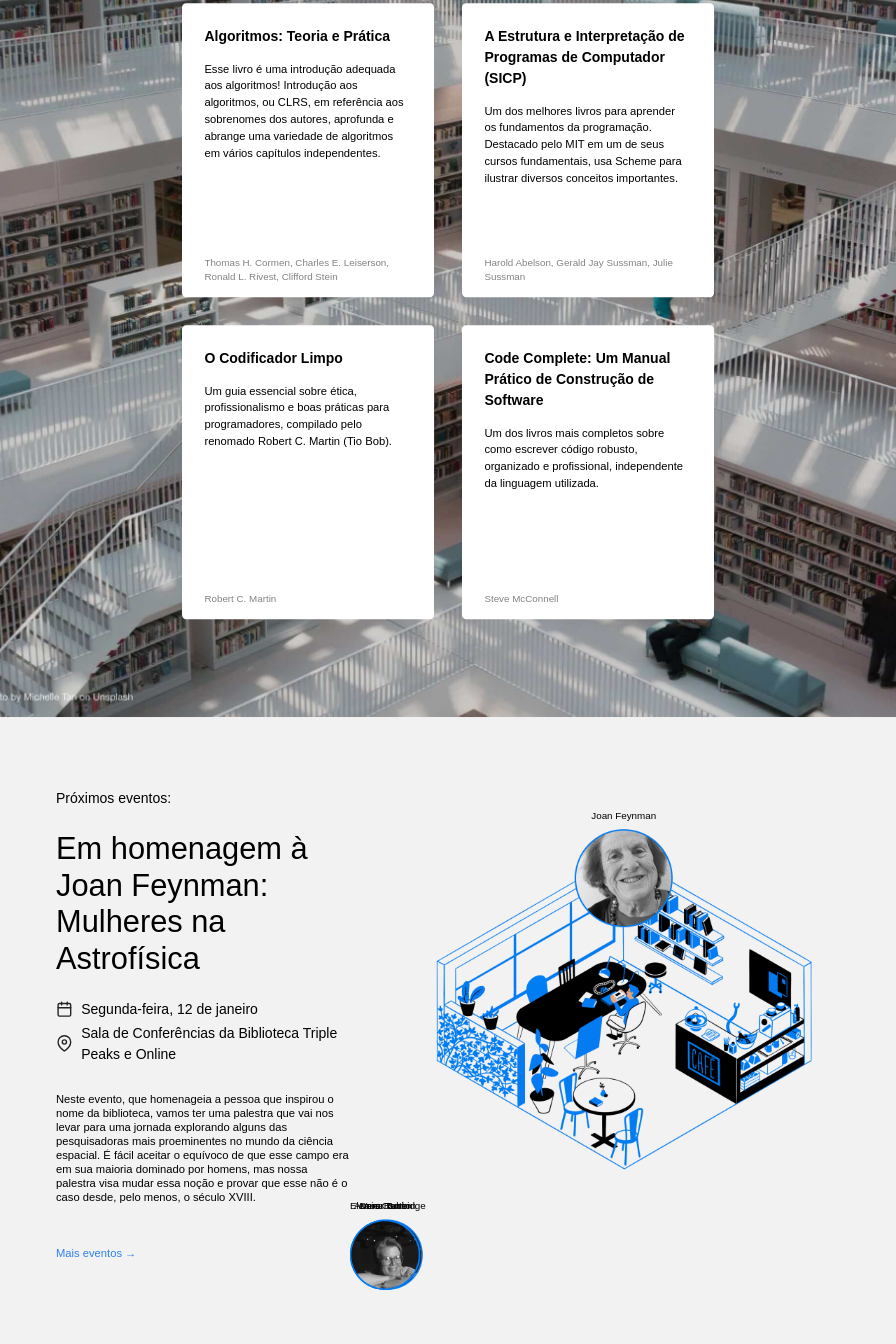
Repository: thainagomesc/web_project_library_pt
Page: index.html
The author's editor kept a copy of each file at every save. The page is drawn from the files as they stood at one save, then again after the next save.
The browser window is 1280 px wide. The pictures show the part of the page from y = 962 to 2882 px (the page is 2882 px tall), at 70% of full size.

Above is the page before, as saved 2025-12-28 21:01:28.

### index.html
<!DOCTYPE html>
<html lang="pt">
  <head>
    <meta charset="UTF-8" />
    <meta name="viewport" content="width=device-width, initial-scale=1.0" />
    <title>Biblioteca Triple Peaks</title>
    <link rel="shortcut icon" href="favicon.ico" />
    <link rel="stylesheet" href="./vendor/normalize.css" />
    <link rel="stylesheet" href="./styles/style.css" />
  </head>

  <body>
    <div class="page">
      <header class="header">
        <nav class="nav">
          <img
            src="./images/logo.svg"
            alt="Logotipo da Biblioteca Triple Peaks"
            class="nav__logo"
          />

          <ul class="nav__links">
            <li><a class="nav__link" href="#staff">Escolhas da Equipe</a></li>
            <li><a class="nav__link" href="#">Eventos</a></li>
            <li><a class="nav__link" href="#">Seja um membro</a></li>
            <li><a class="nav__link" href="#">Contatos</a></li>
          </ul>
        </nav>

        <div class="header__content">
          <div>
            <h1 class="header__title">Bem-vindo à Biblioteca Triple Peaks</h1>
            <p class="header__description">
              Temos o prazer de abrir as portas da nossa biblioteca a todos! Venha expandir
              seus conhecimentos de desenvolvimento, ou apenas use esse belo local para trabalhar
              ou estudar. Esse é um lugar legal para estudantes legais!
            </p>
          </div>
          <img
            src="./images/inside_the_library.png"
            alt="Ilustração 'Dentro da biblioteca'"
            class="header__image"
          />
        </div>

        <div class="header__footer">
          <p class="header__address">Triple Peaks, 200 Success Avenue</p>
        </div>
      </header>

      <main class="content">
        <section class="staff" id="staff">
          <h2 class="staff__title">Escolhas da Equipe</h2>
          <p class="staff__subtitle">Que nossos leitores adoram</p>

          <ul class="staff__cards">

            <li class="card">
              <div class="card__content">
                <h3 class="card__title">Algoritmos: Teoria e Prática</h3>
                <p class="card__text">
                  Esse livro é uma introdução adequada aos algoritmos! Introdução aos algoritmos,
                  ou CLRS, em referência aos sobrenomes dos autores, aprofunda e abrange uma
                  variedade de algoritmos em vários capítulos independentes.
                </p>
                <p class="card__footer">
                  Thomas H. Cormen, Charles E. Leiserson, Ronald L. Rivest, Clifford Stein
                </p>
              </div>
            </li>

            <li class="card">
              <div class="card__content">
                <h3 class="card__title">
                  A Estrutura e Interpretação de Programas de Computador (SICP)
                </h3>
                <p class="card__text">
                  Um dos melhores livros para aprender os fundamentos da programação. Destacado
                  pelo MIT em um de seus cursos fundamentais, usa Scheme para ilustrar diversos
                  conceitos importantes.
                </p>
                <p class="card__footer">
                  Harold Abelson, Gerald Jay Sussman, Julie Sussman
                </p>
              </div>
            </li>

            <li class="card">
              <div class="card__content">
                <h3 class="card__title">
                  O Codificador Limpo
                </h3>
                <p class="card__text">
                  Um guia essencial sobre ética, profissionalismo e boas práticas para programadores,
                  compilado pelo renomado Robert C. Martin (Tio Bob).
                </p>
                <p class="card__footer">Robert C. Martin</p>
              </div>
            </li>

            <li class="card">
              <div class="card__content">
                <h3 class="card__title">
                  Code Complete: Um Manual Prático de Construção de Software
                </h3>
                <p class="card__text">
                  Um dos livros mais completos sobre como escrever código robusto, organizado e
                  profissional, independente da linguagem utilizada.
                </p>
                <p class="card__footer">Steve McConnell</p>
              </div>
            </li>
          </ul>
        </section>

        <section class="events">
        <div class="events__content">

          <h2 class="events__heading">Próximos eventos:</h2>
          <h3 class="events__title">
          Em homenagem à Joan Feynman: Mulheres na Astrofísica
          </h3>

          <div class="event-info events__info-section">
            <div class="event-info__item">

              <img
                src="./images/icon_calendar.svg"
                alt="Calendar icon"
                class="event-info__icon"
              />

              <p class="event-info__text">Segunda-feira, 12 de janeiro</p>
            </div>

            <div class="event-info__item">

              <img
                src="./images/icon_pin.svg"
                alt="Pin icon"
                class="event-info__icon"
              />

              <p class="event-info__text">
                Sala de Conferências da Biblioteca Triple Peaks e Online
              </p>
            </div>
          </div>

          <p class="events__description">
            Neste evento, que homenageia a pessoa que inspirou o nome da biblioteca, vamos ter uma
            palestra que vai nos levar para uma jornada explorando alguns das pesquisadoras mais
            proeminentes no mundo da ciência espacial. É
            fácil aceitar o equívoco de que esse campo era em sua maioria
            dominado por homens, mas nossa palestra visa mudar essa noção e
            provar que esse não é o caso desde, pelo menos,
            o século XVIII.
          </p>
          <a href="#" class="events__more">Mais eventos &rarr;</a>
        </div>

        <div class="events__cover">
          <img
            src="./images/cafe.png"
            alt="Ilustração 'Café na Biblioteca'"
            class="events__image"
          />

          <div class="person person_name_feynman">
            <p class="person__caption">Joan Feynman</p>

            <img
              src="./images/person_feynman.png"
              alt="Ilustração de Joan Feynman"
              class="person__image person__image_size_l"
            />
          </div>

          <div class="person person_name_burbidge">
            <p class="person__caption">Eleanor Burbidge</p>

            <img
              src="./images/person_burbidge.png"
              alt="Ilustração de Eleanor Burbidge"
              class="person__image person__image_size_m"
            />
          </div>

          <div class="person person_name_cannon">
            <p class="person__caption">Annie Cannon</p>

            <img
              src="./images/person_cannon.png"
              alt="Ilustração de Annie Cannon"
              class="person__image person__image_size_m"
            />
          </div>

          <div class="person person_name_mitchell">
            <p class="person__caption">Vera Rubin</p>

            <img
              src="./images/person_mitchell.png"
              alt="Ilustração de Vera Rubin"
              class="person__image person__image_size_m"
            />
          </div>

          <div class="person person_name_tarter">
            <p class="person__caption">Dana Tarter</p>

            <img
              src="./images/person_tarter.png"
              alt="Ilustração de Dana Tarter"
              class="person__image person__image_size_m"
            />
          </div>
        </section>
      </main>
    </div>
  </body>
</html>

### styles/style.css
.page {
  min-width: 1100px;
  max-width: 1600px;
  margin: 0 auto;
  font-family: Arial, sans-serif;
  font-size: 16px;
  line-height: 20px;
}

.header {
  display: flex;
  flex-direction: column;
  height: 100vh;
  min-height: 720px;
  max-height: 800px;
  padding: 30px 80px 40px;
  position: relative;
  box-sizing: border-box;
}

.nav {
  display: flex;
  justify-content: space-between;
}

.nav__logo {
  width: 80px;
  height: 58px;
}

.nav__links {
  list-style-type: none;
  padding: 0;
  margin: 8px 0 0;
  display: flex;
  column-gap: 20px;
}

.nav__link {
  color: #000000;
  text-decoration: none;
}

.header__content {
  display: flex;
  justify-content: space-between;
}

.header__title {
  max-width: 635px;
  margin: 128px 0 32px;
  font-size: 62px;
  line-height: 76px;
  font-weight: 500;
}

.header__description {
  max-width: 515px;
  margin: 0;
  font-size: 20px;
  line-height: 30px;
}

.header__image {
  max-width: 636px;
}

.header__footer {
  margin-top: auto;
  width: 100%;
  display: flex;
  align-items: center;
  justify-content: flex-end;
  box-sizing: border-box;
}

.header__link {
  color: #2f80ed;
  text-decoration: none;
}

.header__address {
  margin: 0;
  color: #838383;
}

/* STAFF SECTION */

.staff {
  background-image: url("../images/staff_picks_background.jpg");
  background-position: center;
  background-size: cover;
  padding: 100px 0 140px;
}

.staff__title {
  text-align: center;
  font-size: 44px;
  line-height: 52px;
  font-weight: 400;
  margin: 0 0 24px;
  color: #ffffff;
}

.staff__subtitle {
  text-align: center;
  font-size: 20px;
  line-height: 30px;
  font-weight: 400;
  margin: 0;
  color: #ffffff;
}

.staff__cards {
  max-width: 760px;
  margin: 40px auto 0;
  padding: 0;
  list-style-type: none;
  display: flex;
  flex-wrap: wrap;
  justify-content: center;
  gap: 40px;
}

.card {
  background-color: #fff;
  border-radius: 6px;
  padding: 32px 40px 20px 32px;
  box-sizing: border-box;
  height: 420px;
  width: 360px;
  list-style-type: none;
}

.card__content {
  width: 100%;
  height: 100%;
  display: flex;
  flex-direction: column;
}

.card__title {
  font-size: 20px;
  line-height: 30px;
  font-weight: 700;
  margin: 0;
}

.card__text {
  margin: 20px 0 0;
  font-size: 16px;
  line-height: 24px;
}

.card__footer {
  margin: 0;
  font-size: 14px;
  line-height: 20px;
  color: #838383;
  margin-top: auto;
}

.events {
  padding: 100px 0 120px 80px;
  display: flex;
  align-items: start;
  justify-content: space-between;
  box-sizing: border-box;
  background-color: #f2f2f2;
}

.events__content {
  flex-basis: 580px;
}

.events__heading {
  font-size: 20px;
  font-weight: 500;
  line-height: 30px;
  margin: 0;
}

.events__title {
  font-size: 44px;
  font-weight: 500;
  line-height: 52px;
  margin: 32px 0 0;
}

.events__info-section {
  margin-top: 32px;
}

.event-info__item {
  display: flex;
  align-items: center;
  margin-bottom: 4px;
  font-weight: 500;
}

.event-info__icon {
  background-repeat: no-repeat;
  background-position: center;
  margin-right: 12px;
  width: 24px;
  height: 24px;
}

.event-info__text {
  font-size: 20px;
  font-weight: 500;
  line-height: 30px;
  margin: 0;
}

.events__description {
  margin: 40px 0 60px;
}

.events__more {
  color: #2f80ed;
  text-decoration: none;
}

.events__cover {
  flex-grow: 1;
  flex-shrink: 0;
  flex-basis: 780px;
  max-width: 780px;
  position: relative;
}

.events__image {
  max-width: 100%;
}

.person {
  position: absolute;
  display: flex;
  align-items: center;
  flex-direction: column;
  gap: 10px;
}

.person_name_feynman {
  top: 30px;
  right: 319px;
  bottom: auto;
  left: auto;
}

.person_name_burbidge {
  /* Use os valores corretos das propriedades top/right/bottom/left para posicionar o elemento */
}

.person_name_cannon {
  /* Use os valores corretos das propriedades top/right/bottom/left para posicionar o elemento */
}

.person_name_mitchell {
  /* Use os valores corretos das propriedades top/right/bottom/left para posicionar o elemento */
}

.person_name_tarter {
  /* Use os valores corretos das propriedades top/right/bottom/left para posicionar o elemento */
}

.person__image {
  max-width: 100%;
}

.person__image_size_l {
  width: 140px;
}

.person__image_size_m {
  width: 100px;
}

.person__image_size_s {
  width: 80px;
}

.person__caption {
  text-align: center;
  font-size: 14px;
  margin: 0;
}

Loaded but not shown: vendor/normalize.css (library)

After the next save:
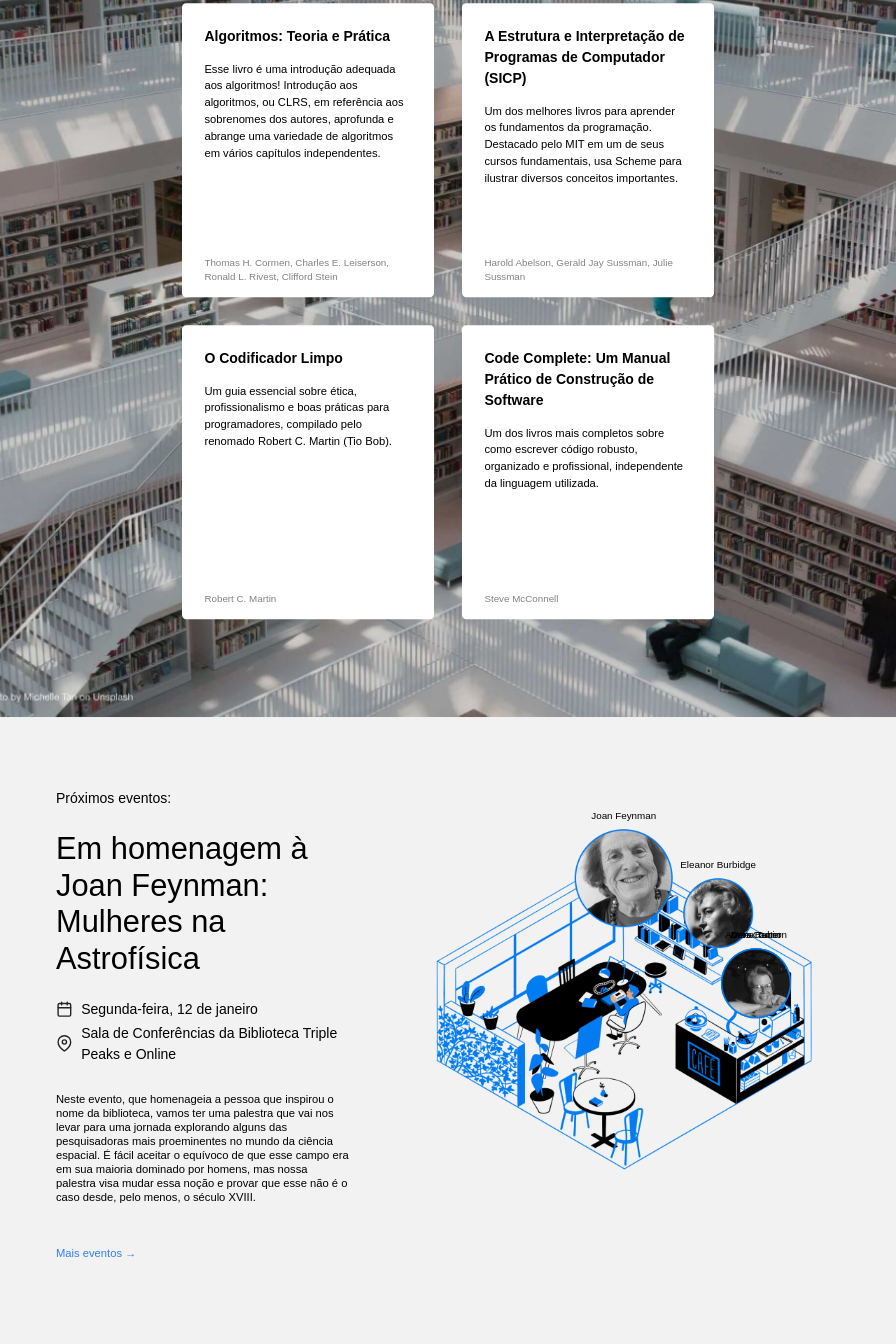
Saved 83 s later.
--- a/styles/style.css
+++ b/styles/style.css
@@ -250,19 +250,31 @@
 }
 
 .person_name_burbidge {
-  /* Use os valores corretos das propriedades top/right/bottom/left para posicionar o elemento */
+  top: 100px;
+  right: 200px;
+  bottom: auto;
+  left: auto;
 }
 
 .person_name_cannon {
-  /* Use os valores corretos das propriedades top/right/bottom/left para posicionar o elemento */
+  top: 200px;
+  right: 150px;
+  bottom: auto;
+  left: auto;
 }
 
 .person_name_mitchell {
-  /* Use os valores corretos das propriedades top/right/bottom/left para posicionar o elemento */
+  top: 200px;
+  right: 150px;
+  bottom: auto;
+  left: auto;
 }
 
 .person_name_tarter {
-  /* Use os valores corretos das propriedades top/right/bottom/left para posicionar o elemento */
+  top: 200px;
+  right: 150px;
+  bottom: auto;
+  left: auto;
 }
 
 .person__image {
